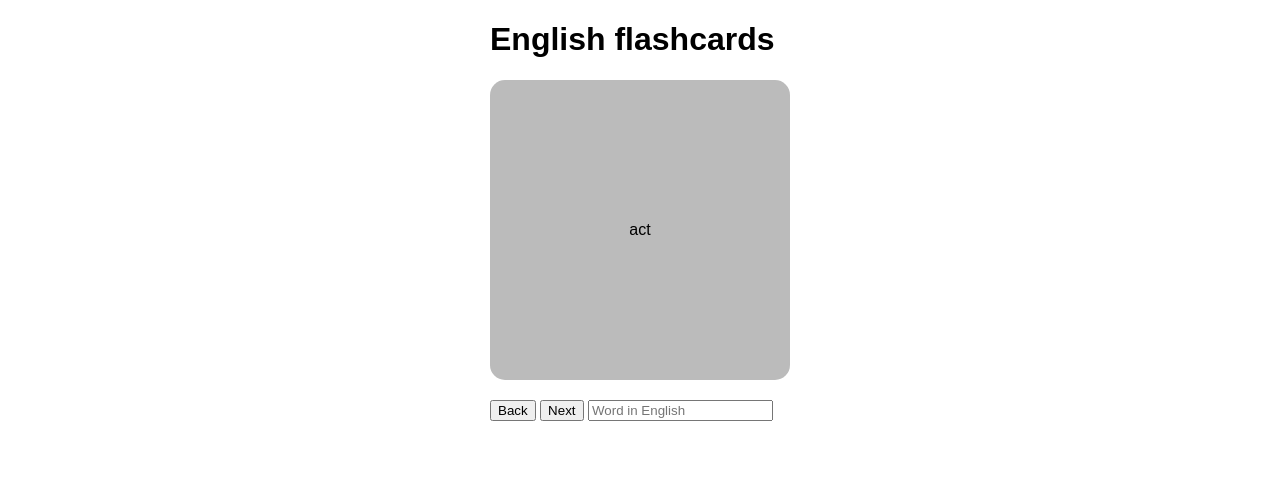
Repository: AdrianGizycki/English-Flashcards
Page: index.html
The author's editor kept a copy of each file at every save. The page is drawn from the files as they stood at one save, then again after a run of saves.
The browser window is 1280 px wide. The pictures show the whole page.

Above is the page before, as saved 2019-09-15 15:29:21.

### index.html
<!DOCTYPE html>
<html lang="en">
<head>
    <meta charset="UTF-8">
    <meta name="viewport" content="width=device-width, initial-scale=1.0">
    <meta http-equiv="X-UA-Compatible" content="ie=edge">
    <link rel="stylesheet" type="text/css" href="style.css">
    <title>English Flashcards</title>
</head>
<body>
    <div class="mainDiv">
        <div>
            <h1> English flashcards</h1>
            <div class="flip-card">
                <div class="flip-card-inner" id="rot">
                    <div class="flip-card-front">
                        <div class="divContents1"></div>
                    </div>
                    <div class="flip-card-back">
                        <div class="divContents2"></div>
                    </div>
                </div>
                <button class="btn1">Back</button>
                <button class="btn2">Next</button>

                <input type="text" placeholder="Word in English">
            </div>
    </div>
    </div>

    <script src="app.js" type="text/javascript"></script>
</body>
</html>

### style.css
body {
    font-family: Arial, Helvetica, sans-serif;
    height: 100%;
    padding: 0;
    margin: 0;
    box-sizing: border-box;
  }
  .mainDiv {
    height: 100%;
    width: auto;
    display: flex;
    justify-content: center;
    justify-items: center;
  }

  .flip-card {
    background-color: transparent;
    width: 300px;
    height: 300px;
    perspective: 1000px;
    border-radius: 5%;

  }

  .flip-card-inner {
    position: relative;
    width: 100%;
    height: 100%;
    text-align: center;
    transition: transform 1s;
    transform-style: preserve-3d;
    /* box-shadow: 0 4px 8px 0 rgba(0, 0, 0, 0.5); */
  }

  .flip-card:hover .flip-card-inner {
    transform: rotateY(180deg);
  }

  .flip-card-front,
  .flip-card-back {
    position: absolute;
    width: 100%;
    height: 100%;
    backface-visibility: hidden;
    display: flex;
    align-items: center;
    justify-content: center;
  }

  .flip-card-front {
    background-color: #bbb;
    color: black;
    border-radius: 5%;
  }

  .flip-card-back {
    background-color: #2980b9;
    color: white;
    transform: rotateY(180deg);
    border-radius: 5%;
  }

  .btn1,
  .btn2,
  .btn3 {
      margin-top: 20px;
  }

### app.js
const englishWords = ['above', 'across', 'act',]
const polishWords = ['powyżej / nad / u góry', 'przez coś', 'akt / czyn / działanie']
if (englishWords !== polishWords) {
    console.log('ok')
} else {
    console.log('not ok')
}
// const englishWords = ['above', 'across', 'act', 'ahead', 'along',]
//  'among', 'amount', 'any', 'anyone', 'appear', 'approach', 'arms', 'around', 'art', 'as', 'attack', 'attempt', 'august', 'autumn', 'away', 'base', 'bear', 'become', 'began', 'beginning', 'behind', 'believe', 'belong', 'below', 'beyound', 'bill', 'bit', 'block', 'blood', 'blow', 'board', 'bottom', 'branch', 'break', 'bridge', 'bright', 'building', 'burn', 'capital', 'carry', 'case', 'cause', 'central', 'centre', 'century', 'certain', 'certainly', 'claim', 'coat', 'common', 'complete', 'concern', 'conditio', 'consider', 'continue', 'control', 'corner', 'count'];
// const polishWords = ['powyżej / nad / u góry', 'przez coś', 'akt / czyn / działanie', 'przed', 'wzdłuż', 'między / pośród', 'ilość', 'jakikolwiek', 'nikt', 'pojawić się', 'podejście', 'herb / uzbrojony', 'wokół / dookoła / w pobliżu', 'sztuka', 'jako/ tak jak', 'atak', 'próba', 'sierpień', 'jesień', 'od /daleko / z dala / z daleka', 'podstawa', 'niedźwiedź', 'zostać', 'rozpoczął', 'początek', 'za / z tyłu', 'wierzyć', 'należeć', 'poniżej', 'poza', 'za (czymś)', 'po drugiej stronie (czegoś)', 'dalej', 'projekt ustawy', 'rachunek', 'kawałek', 'klocek', 'krew', 'cios / dmuchać / wiać', 'deska', 'dolny', 'oddział / gałąź / rozgałęzienie', 'most', 'jasny', 'budynek', 'oparzenie', 'stolica', 'nieść', 'przypadek / walizka', 'przyczyna / powód', 'centralny / środkowy', 'środek', 'wiek', 'pewny', 'rzeczywiście / z pewnością / na pewno', 'roszczenie', 'sierść / powlekać / płaszcz / okrywać cienką warstwą', 'pospolity', 'cały / całkowity / pełny', 'troska', 'warunek', 'rozważać', 'kontynuować', 'kontrola', 'róg / narożnik', 'liczba / liczyć się']
const divContents1 = document.querySelector(".divContents1");
const divContents2 = document.querySelector(".divContents2");
const btnBeck = document.querySelector(".btn1");
const btnNext = document.querySelector(".btn2");
const btnToggle = document.querySelector(".btn3");
const visCard = document.querySelector(".flip-card-front");
const unvisCard = document.querySelector(".flip-card-back");
const flipCard = document.querySelector('#rot');
const max = englishWords.length;
const min = 0


var counter = Math.floor(Math.random() * (max - min)) + min;
console.log(counter);
divContents1.innerText = englishWords[counter];
divContents2.innerText = polishWords[counter];


btnNext.addEventListener('click', function(){
    if (counter === max - 1) {
        counter = -1;
    }
    counter++;
  divContents1.innerText = englishWords[counter];
  divContents2.innerText = polishWords[counter];
  console.log(counter);

});

btnBeck.addEventListener('click', function(){
  counter--;
  if (counter === -1) {
    counter = max - 1;
  }
  divContents1.innerText = englishWords[counter];
  divContents2.innerText = polishWords[counter];
  console.log(counter);

});

// flipCard.addEventListener('click', () => {
//     console.log("test");
//     flipCard.
// });

After the next 2 saves:
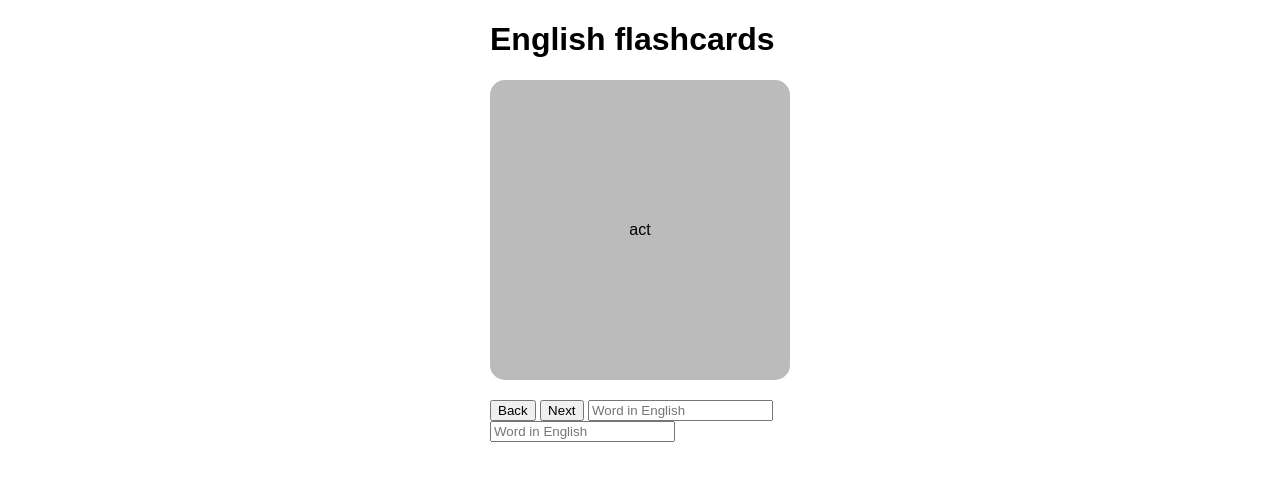
The 2 saves are shown as one change because they came seconds apart.
The last was saved 9 s later.
--- a/index.html
+++ b/index.html
@@ -24,6 +24,7 @@
                 <button class="btn2">Next</button>
 
                 <input type="text" placeholder="Word in English">
+                <input type="text" placeholder="Word in English">
             </div>
     </div>
     </div>
